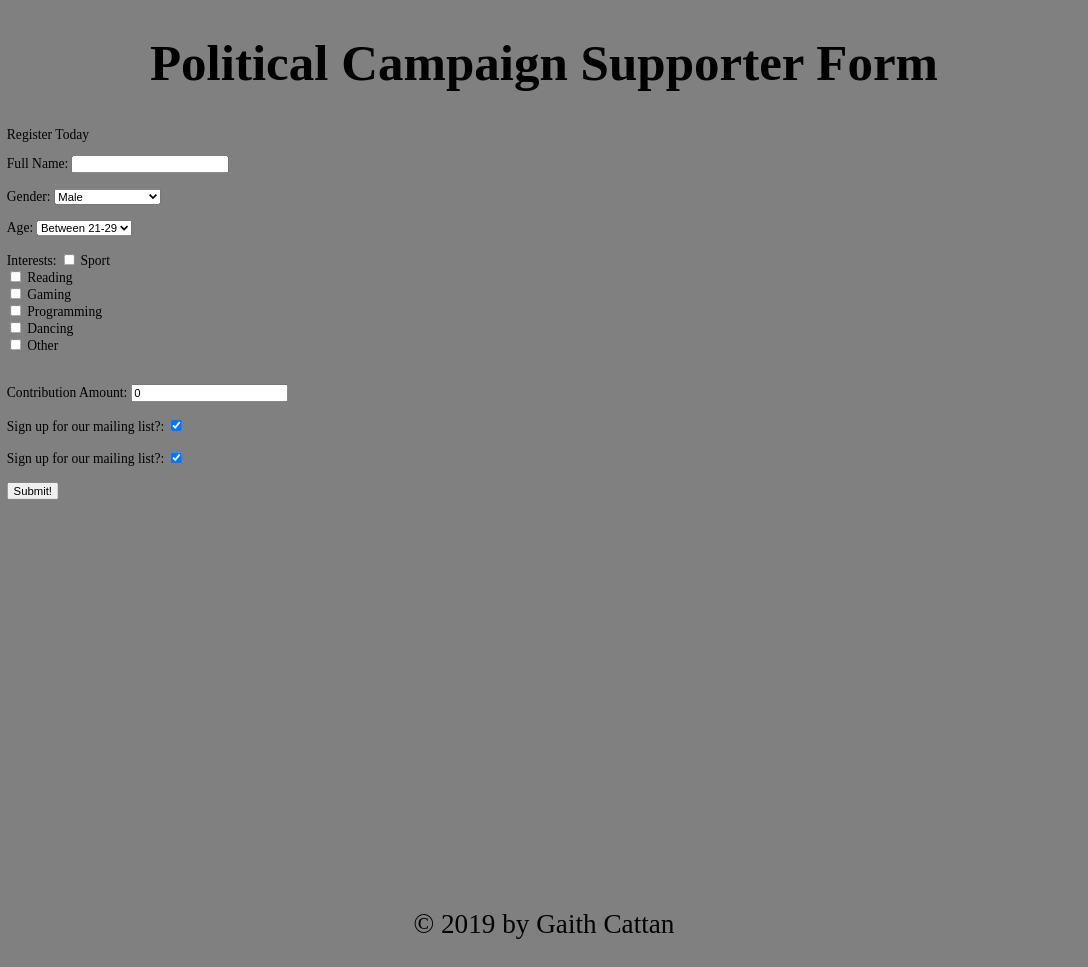
Repository: GaithCattan/COSW30
Page: labwork/lab2/contact.html
The author's editor kept a record of every edit. The page is drawn from the files as they stood at one moment, then again after the next edit.
The browser window is 1280 px wide. The pictures show the whole page, at 85% of full size.

Above is the page before.

### labwork/lab2/contact.html

<!doctype html>
<html>
    <head>
         <meta charset="utf-8">
         <title>Political Campaign Supporter Form</title>
        <style>
          body {background-color: grey;}
          h1 {text-align: center; font-size: 60px; margin-top: 40px;}
          footer {font-size: 2em; color: black; text-align: center; margin-top: 38%;}
        </style>

    </head>
    <body>

        <h1>Political Campaign Supporter Form</h1>
        <p>Register Today</p>

         <form action="process_Political Campaign.php" method="POST">

             <lable for="name">Full Name: </lable>
             <input type="text" id="name" name="name" required>
             <br><br>

             <lable for="gender">Gender:
                 <select name:"gender" required>
                     <option value="male">Male</option>
                     <option value="female">Female</option>
                     <option value="other">Other</option>
                     <option value="not_to_say">Prefer Not to Say</option>
                 </select>
             </lable>
             <br><br>

             <lable for="age_range">Age:
                 <select name:"age_range" required>
                     <option value="21-29">Between 21-29</option>
                     <option value="30-49">Between 30-49</option>
                     <option value="50-69">Between 50-69</option>
                     <option value="70-200">Over 70</option>
                 </select>
             </lable>
             <br><br>

             <lable for="interests">Interests: </lable>
             <input type="checkbox" name="interests1" value="sport"> Sport<br>
             <input type="checkbox" name="interests2" value="reading"> Reading<br>
             <input type="checkbox" name="interests3" value="gaming"> Gaming<br>
             <input type="checkbox" name="interests4" value="programming"> Programming<br>
             <input type="checkbox" name="interests5" value="dancing"> Dancing<br>
             <input type="checkbox" name="interests6" value="other"> Other<br>
             <br><br>

             <lable for="contribution_amount">Contribution Amount: </lable>
             <input type="text" id="contribution_amount" name="contribution_amount" value="0">
             <br><br>

             <lable for="mailing_list">Sign up for our mailing list?: </lable>
             <input type="checkbox" name="mailing_list" value="mailing_list" checked>
             <br><br>

             <lable for="mailing_list">Sign up for our mailing list?: </lable>
             <input type="checkbox" name="mailing_list" value="mailing_list" checked>
             <br><br>





             <button>Submit!</button>


         </form>

    </body>

    <footer>
        <p>&copy; 2019 by Gaith Cattan</p>
    </footer>

</html>

After the next edit:
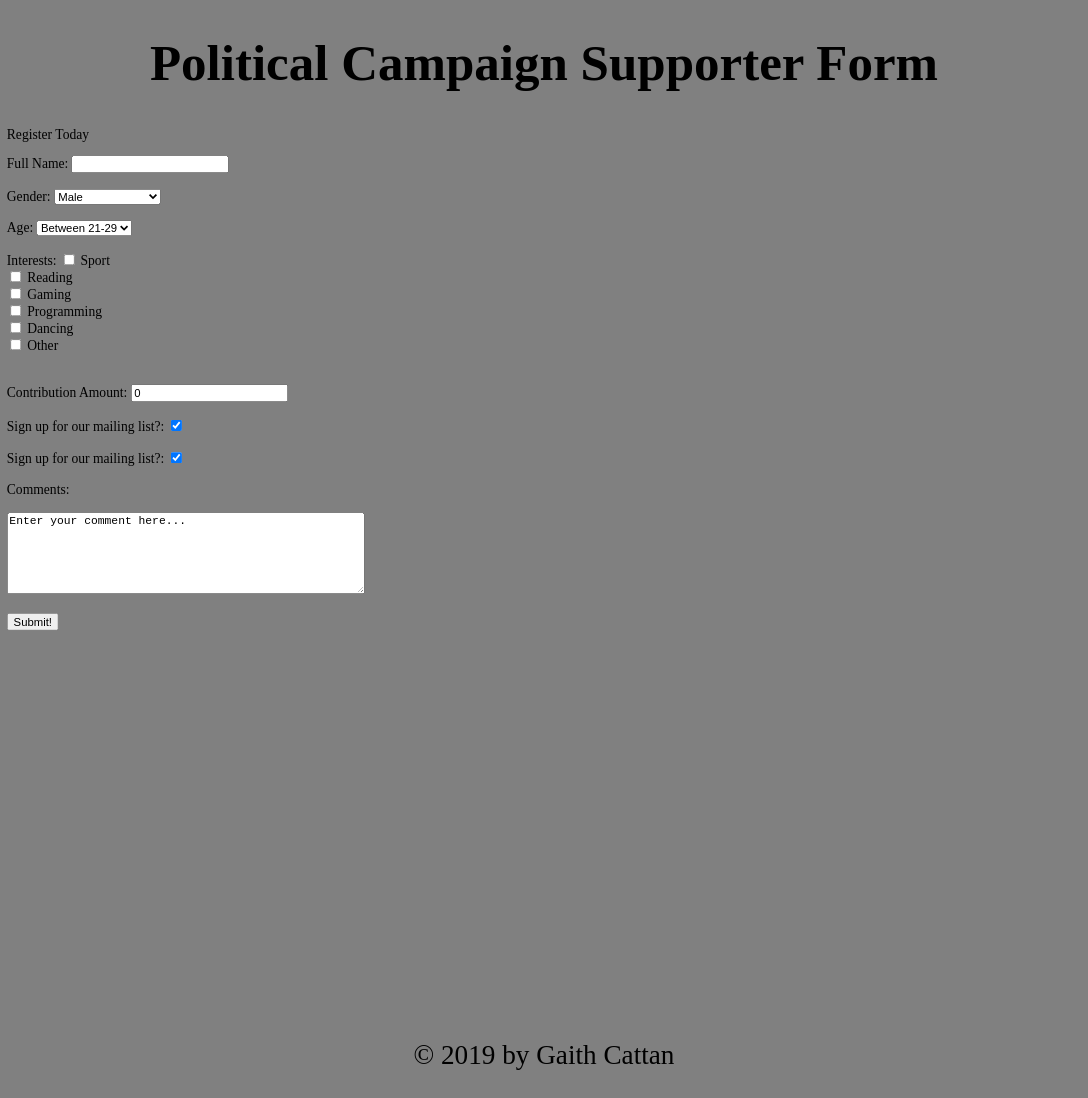
The edit:
--- a/labwork/lab2/contact.html
+++ b/labwork/lab2/contact.html
@@ -63,7 +63,9 @@
              <input type="checkbox" name="mailing_list" value="mailing_list" checked>
              <br><br>
 
-
+             <lable for="comments">Comments: </lable><br><br>
+             <textarea rows="6" cols="50" name="comment">Enter your comment here...</textarea>
+             <br><br>
 
 
 
